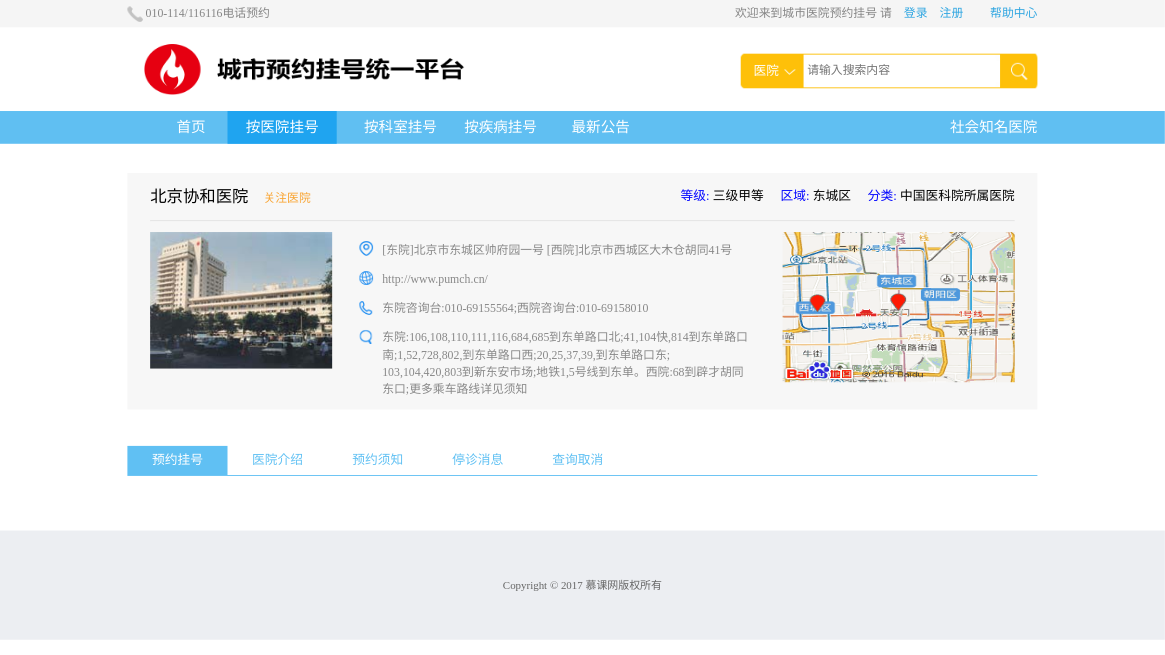
Repository: ScarApocalypse/study
Page: 挂号平台/hospital_detail.html
The author's editor kept a copy of each file at every save. The page is drawn from the files as they stood at one save, then again after the next save.
The browser window is 1280 px wide. The pictures show the whole page, at 91% of full size.

Above is the page before, as saved 2019-02-04 13:33:29.

### 挂号平台/hospital_detail.html
<!DOCTYPE html>
<html lang="en">

<head>
    <meta charset="UTF-8">
    <title>城市预约挂号</title>
    <link rel="stylesheet" href="css/layout.css">
    <link rel="stylesheet" type="text/css" href="css/base.css">
    <link rel="stylesheet" type="text/css" href="css/ui.css">
    <link rel="stylesheet" href="css/hosptial.css">
    <link rel="stylesheet" href="css/hospital_detail.css">
    <script type="text/javascript" src="js/jquery-1.7.1.min.js"></script>
    <script type="text/javascript" src="js/data.js"></script>
    <script src="js/hosptial.js"></script>
</head>

<body>
    <!-- 顶部区域 -->
    <div id="top" class="top">
        <div class="wrap">
            <p class="call">010-114/116116电话预约</p>
            <p class="welcome">欢迎来到城市医院预约挂号&nbsp;请&nbsp;<a href="#">登录</a>
                <a href="#">注册</a>
                &nbsp;&nbsp;&nbsp;&nbsp;
                <a href="#">帮助中心</a>
            </p>

        </div>
    </div>
    <!-- 头部区域 -->
    <div id="header" class="header">
        <div class="wrap">
            <a href="index.html" class="logo">
                <img src="img/logo.png">
            </a>
            <div class="search ui-search">
                <div class="ui-search-selected">医院</div>
                <div class="ui-search-selected-list">
                    <a href="#">科室</a>
                    <a href="#">疾病</a>
                    <a href="#">医院</a>

                </div>
                <input class="ui-search-input" type="text" name="search-content" placeholder="请输入搜索内容">
                <a href="#" class="ui-search-submit"></a>
            </div>
        </div>
    </div>
    <!-- 导航栏区域 -->
    <div id="nav" class="nav">
        <div class="wrap">
            <a href="index.html" class="link">首页</a>
            <a href="hosptial.html" class="link link_focus">按医院挂号</a>
            <a href="#" class="link">按科室挂号</a>
            <a href="#" class="link">按疾病挂号</a>
            <a href="#" class="link">最新公告</a>
            <a href="#" class="link right">社会知名医院</a>
        </div>
    </div>
    <!-- 医院信息 -->
    <div class="hospitalDetail wrap">
        <div class="hospitalDetail-title">
            北京协和医院
            <a href="#" class="focus">关注医院</a>
            <div class="hospitalDetail-title-info">
                <span class="header">等级:</span>
                <span class="text">三级甲等</span>
                <span class="header">区域:</span>
                <span class="text">东城区</span>
                <span class="header">分类:</span>
                <span class="text">中国医科院所属医院</span>
            </div>
        </div>
        <div class="hospitalDetail-content">
            <img src="img/hospital-1.jpg" alt="">
            <img src="img/map-1.png" alt="">
            <div class="address">[东院]北京市东城区帅府园一号 [西院]北京市西城区大木仓胡同41号</div>
            <div class="website">http://www.pumch.cn/</div>
            <div class="phone">东院咨询台:010-69155564;西院咨询台:010-69158010</div>
            <div class="message">东院:106,108,110,111,116,684,685到东单路口北;41,104快,814到东单路口南;1,52,728,802,到东单路口西;20,25,37,39,到东单路口东;<br>103,104,420,803到新东安市场;地铁1,5号线到东单。西院:68到辟才胡同东口;更多乘车路线详见须知</div>
        </div>
    </div>
    <div id="order-content" class="order-content">
            <div class="wrap clearfix">
                <!-- 切换栏 -->
                <div class="order-content-tab">
                    <div class="caption clearfix">
                        <a href="#8" class="item item_focus">预约挂号</a>
                        <a href="#7" class="item">医院介绍</a>
                        <a href="#7" class="item">预约须知</a>
                        <a href="#7" class="item">停诊消息</a>
                        <a href="#7" class="item">查询取消</a>
                    </div>
                    <div class="block">
                        <div class="item">

                        </div>
                        <div class="item" style="display:none;">
                             科室内容
                        </div>

                    </div>
                </div>

            </div>

        </div>
    <!-- 页脚区域 -->
    <div id="footer" class="footer">
        Copyright &copy 2017 慕课网版权所有
    </div>
    <!-- 回到顶部 -->
    <!-- <a class="go-top" href="#"></a> -->
    <script type="text/javascript" src="js/ui.js"></script>
    <script src="js/hospital_detail.js"></script>

</body>

</html>

### 挂号平台/css/layout.css
*{
	margin:0;
	padding:0;
}
.clearfix:after{
	content:' ';
	display: block;
	height:0;
	line-height: 0;
	clear:both;
	zoom:1;
}
.wrap{
	width: 1000px;
	margin:0 auto;
	position: relative;

}
.top{
	height: 30px;
	background-color:#f5f5f5;
}
.header{
	height: 92px;
}
.nav{
	height: 36px;
	background-color:#60bff2;
}
.banner{
	width: 802px;
	margin:0 auto;
	height: 414px;
	padding:9px 0 0 198px;
}
.banner-slider{
	float: left;
	width: 544px;
	height: 414px;
	background-color: #8edff3;
}
.banner-search{
	float:right;
	width:250px;
	height:255px;
	background-color: #eee;
}
.banner-help{
	float: right;
	width: 250px;
	height: 146px;
	background-color: #ccc;
	margin-top:12px;
}
.content{
	padding:10px 0 38px 0;
}
.content-tab{
	float: left;
	width: 742px;
	height: 490px;
	background-color: #eee;
}
.content-close,
.content-news{
	float: right;
	width: 248px;
	height: 236px;
	border:1px solid #ccc;
}
.content-close{
	margin-top:12px;
	border-color:red;
}
.footer{
	height:70px;
	padding:25px;
	background-color: #eceef2;
}

### 挂号平台/css/base.css
p{
	display: inline-block;
}
a{
	text-decoration: none;
}
select,input{
	border:none;
	outline:none;
}
img{
	display: block;
}
/*top样式*/
.top{
	line-height: 30px;
	font-size:13px;
	color:#868686;
}
.top .call{
	float:left;
	padding-left:20px;
	background:url(../img/icon-call.png) no-repeat center left;
}
.top .welcome{
	float: right;
}
.top a{
	color:#2da5e1;
	padding-left:10px;
}
/*header样式*/
.header .logo{
	width: 402px;
	height: 74px;
	padding:9px 0;
	display: inline-block;
}
.header .logo img{
	width: 100%;
	height: 100%;
}
.header .search{
	width: 326px;
	height: 38px;
	position: absolute;
	right:0;
	top:29px;
	background-color: orange;
}
/*nav样式*/
.nav .link{
	display: inline-block;
	float:left;
	padding-left:30px;
	line-height: 36px;
	color:#fff;
	font-size:16px;
	min-width:80px;
	text-align: center;
}
.nav .right{
	float:right;
}
.nav .link_focus{
	color:#fff;
	background-color:#1fa4f0;
	padding:0 20px;
}
.nav a:hover{
	color:#d7f3ff;
}
.nav .menu{
	width: 130px;
	padding-right: 30px;
	background-color: #1fa4f0;
	position: relative;

}
.nav .menu .menu-list{
	position: absolute;
	background-color: #1fa4f0;
	width: 100%;
	height: 423px;
	left: 0;
	top:36px;

}
/*banner内样式*/
.banner-search{
	background-color: #fafafa
}
.banner-help .caption,
.banner-search .caption{
	height: 22px;
	padding:15px 0 15px 0;
	text-align: center;
}
.banner-help .caption .text,
.banner-search .caption .text{
	display: inline-block;
	height: 22px;
	line-height: 22px;
	padding-left:28px;
	color:#fec009;
	font-size:16px;
	background: url(../img/icon-help.png) no-repeat 0 0;
}

.banner-search .form{
	height: 150px;
}
.banner-search .form .line{
	padding-bottom:9px;
	text-align: center;
}
.banner-search .form .line select{
	width: 170px;
	font-size:12px;
	z-index:0;
	border:1px solid #dcdddd;
	height: 26px;
	line-height: 26px;
	padding:2px 0;
	border-radius: 5px;
	color:#666;
}
.banner-search .submit{
	height: 32px;
	text-align: center;
}
.banner-search .submit .button{
	width: 108px;
	height: 32px;
	background-color: #f3cd09;
	font-size: 14px;
	color:#fff;
	border-radius: 3px;
	cursor: pointer;
}
.banner-help{
	background-color: #fafafa;
}
.banner-help .caption .text{
	color:#00b3ea;
	background-position: 0 -23px;
}
.banner-help .link{
	color:#00b3ea;
	display: inline-block;
	width: 86px;
	height: 26px;
	line-height: 26px;
	font-size:14px;
	text-align: center;
	padding:0 0 8px 26px;
}
/*content样式*/

/*content新闻和停诊样式*/
.content-close,
.content-news{
	background-color:#fff;
	border:1px solid #f4f6fa;
}
.content-close .caption,
.content-news .caption{
	height:38px;
	line-height: 38px;
	background-color: #f4f6fa;
	text-indent:20px;
	color:#fec009;
	font-size:15px;
}
.content-close .more,
.content-news .more{
	float: right;
	padding-right: 22px;
	font-size:12px;
	color:#868686;
}
.content-close .list,
.content-news .list{
	padding: 15px 20px 13px 35px;
	line-height: 29px;
	font-size:12px;
	background: url(../img/list-yellow.jpg) 15px 22px no-repeat;
}
.content-close .list .link,
.content-news .list .link{
	display: block;
	color:#969696;
}

.content-close .caption{
	color:#4ab4ed;
}
.content-close .list{
	background: url(../img/list-blue.jpg) 15px 22px no-repeat;

}
/*tab样式*/
.content-tab{
	background: none;
}
.content-tab .caption{
	height: 34px;
	line-height: 34px;
	background-color: #f5f6fa;
}
.content-tab .caption .item{
	display: block;
	width: 112px;
	height: 34px;
	text-align: center;
	float: left;
	color:#00b3ea;
}
.content-tab .caption .item_focus{
	background-color: #60bff2;
	color:#fff;
}
.content .block{
	border:1px solid #f4f6fa;
	height: 452px;
}
.content-tab .block-caption{
	height: 26px;
	line-height: 26px;
	padding:8px;
	border-bottom:1px solid #f4f6fa;
}
.content-tab .block-caption-item{
	display: inline-block;
	padding:0 10px 0 10px;
	font-size:12px;
	color:#4c4948;
}
.content-tab .block-caption-item_focus{
	background-color: #60bff2;
	color:#fff;
}
.content-tab .block-content{
	padding:16px 12px;
}
.content-tab .block-content .block-list .item{
	float: left;
	width:216px;
	height: 102px;
	padding:0 20px 10px 120px;
	position: relative;
	font-size:12px;
}
.content-tab .block-content .block-list .item img{
	width: 110px;
	height: 98px;
	position: absolute;
	left:0;
	top:0;
}
.content-tab .block-content .block-list .item-name{
	color:#036eb7;
	font-size:14px;
	line-height: 21px;
	padding-top:13px;
}
.content-tab .block-content .block-list .item-level{
	float: right;
	font-size:12px;
	color:#979797;
}
.content-tab .block-content .block-list .item-phone,
.content-tab .block-content .block-list .item-address{
	/*font-size:12px;*/
	line-height: 18px;
	padding-bottom:4px;
	color:#666;
}
/*tab文案列表样式*/
.content-tab .block-content .block-text-list{

}
.content-tab .block-content .block-text-list .item{
	width: 351px;
	height: 27px;
	display: block;
	font-size:14px;
	color:#666;
	padding-top:8px;
	float: left;
	border-bottom:1px dashed #dcdddd;

}
.content-tab .block-content .block-text-list .item:nth-child(2n){
	margin-left:13px;
}
.content-tab .block-content .block-text-list .item .level{
	float: right;
	padding-right:10px;
}
.content-tab .block-content .block-more{
	display: block;
	line-height: 55px;
	text-align: center;
	color:#5084c4;
	font-size:14px;
}
/*页脚样式*/
.footer{
	line-height: 70px;
	text-align: center;
	font-size:12px;
	color:#666;
}
.go-top{
	display: block;
	position: fixed;
	width: 40px;
	height: 40px;
	right:2px;
	bottom:2px;
	z-index:99;
	color:#fff;
	background: rgb(102,102,102) url(../img/icon-go-up.png) center no-repeat;
	/*background: red;*/
}
.go-top:hover{
	background: rgb(102,102,102);
}
.go-top:hover:after{
	content:'回到顶部';
	display: block;
	line-height: 20px;
	text-align: center;
}

### 挂号平台/css/ui.css
/*ui-search搜索*/
.ui-search {
	background: url(../img/ui-search.jpg);
	font-size: 14px;
	color: #fff;
	position: relative;
}

.ui-search-selected {
	width: 70px;
	height: 38px;
	line-height: 38px;
	position: absolute;
	left: 0;
	top: 0;
	text-indent: 14px;
}

.ui-search-selected-list {
	display: none;
	position: absolute;
	width: 67px;
	line-height: 24px;
	background-color: #fff;
	box-shadow: 3px 3px 5px rgba(0, 0, 0, .2);
	left: 2px;
	top: 36px;
	z-index: 2;
}

.ui-search-selected-list a {
	display: block;
	text-align: center;
	color: #a5a2a2;
}

.ui-search-selected-list a:hover {
	background-color: #ebeef5;
}

.ui-search-input {
	width: 208px;
	height: 26px;
	position: absolute;
	top: 5px;
	left: 73px;
	line-height: 26px;
	font-size: 13px;
	color: #a5a2a2;
}

.ui-search-submit {
	display: block;
	position: absolute;
	right: 0;
	top: 1px;
	width: 40px;
	height: 36px;
}

/* ui-menu分类菜单 */
.ui-menu{}
.ui-menu-item{
	height: 22px;
	line-height: 22px;
	padding:8px 5px 9px 6px;
	/* margin-left:2px; */
	/* position: relative; */
}
.ui-menu-item:hover{
	background: #fff;
}
.ui-menu-item-department{
	float: left;
	height: 22px;
	line-height: 22px;
	position: relative;
	padding-left:30px;
	font-size:14px;
	color:#fff;
}
.ui-menu-item-department:before{
	content:'';
	display:block;
	width: 22px;
	height: 21px;
	position: absolute;
	left:0;
	top:1px;
	background:url('../img/icon-menu.jpg') -22px 0 no-repeat;
}
.ui-menu-item:nth-child(2) .ui-menu-item-department:before{
	background-position-y:-22px;
}
.ui-menu-item:nth-child(3) .ui-menu-item-department:before{
	background-position-y:-66px;
}
.ui-menu-item-disease{
	font-size: 12px;
	float:right;
	padding-left:5px;
	color:#d7f3ff
}
.ui-menu-item:hover .ui-menu-item-department:before{
	background-position-x: 0;
}
.ui-menu-item:hover .ui-menu-item-department{
	color:#333;
}
.ui-menu-item:hover .ui-menu-item-disease{
	color:#868686;
}
.ui-menu-item:hover .ui-menu-item-detail{
	display: block;
}
.ui-menu-item-detail{
	display:none;
	position: absolute;
	width: 500px;
	height: 393px;
	padding:20px 10px 10px 29px;
	background:#fff url(../img/bg-menu.jpg) center no-repeat;
	top:0;
	left:190px;
	box-shadow:5px 5px 2px rgba(0,0,0,.1);
	z-index:9;

}
.ui-menu-item-detail-group{
	padding-bottom:20px;
	text-align: left;


}
.ui-menu-item-detail-group-caption{
	width: 100%;
	display:block;
	color:#666;
	font-size:16px;
	font-weight:bold;
	line-height: 34px;
	height: 34px;
}
.ui-menu-item-detail-group-list{
	line-height: 23px;
}
.ui-menu-item-detail-group-list a{
	display: inline-block;
	color:#868686;
	margin-right:8px;
	font-size:12px;
	padding-bottom:5px;
}
.ui-menu-item-detail-group-list a:after{
	content:'|';
	color:#eee;
	padding-left:8px;
}
/* ui-slider组件 */
.ui-slider{
	width: 544px;
	height: 414px;
	position: relative;
	overflow: hidden;
}
.ui-slider-wrap{
	width: 99999px;
	height: 414px;
	position: absolute;
	left:0;
	right:0;
	transition:all .5s;
}
.ui-slider-wrap .item{
	display: block;
	float:left;
	width: 544px;
	height: 414px;
}
.ui-slider-arrow{
	width: 544px;
	height: 40px;
	position: absolute;
	/* background: #000;	 */
	top:50%;
	transform: translateY(-50%);
}
.ui-slider-arrow .item{
	display: block;
	width: 40px;
	height: 40px;
	position: absolute;
	top:0;
	background: url(../img/ui-slider-arrow.png) no-repeat;
}
.ui-slider-arrow .left{
	left:0;
}
.ui-slider-arrow .right{
	right:0;
	background-position: -40px 0;
}
.ui-slider-process{
	width: 544px;
	height: 12px;
	text-align: center;
	position: absolute;
	left:0;
	bottom:20px;
}
.ui-slider-process .item{
	display: inline-block;
	width: 16px;
	height: 16px;
	background:url(../img/ui-slider-process.png) no-repeat;

}
.ui-slider-process .item_focus,
.ui-slider-process .item:hover{
	background-position: -23px 0;
}
/* 回到顶部 */
.ui-backTop{
	display: none;
	position: fixed;
	right:2px;
	bottom: 2px;
	z-index: 9;
	width: 40px;
	height: 40px;
	color: #fff;
	background:rgba(102,102,102,.9) url(../img/icon-go-up.png) center no-repeat;
}
.ui-backTop:hover{
	background: rgba(102,102,102,.9);
}
.ui-backTop:hover:after{
	content:'回到顶部';
	display: block;
	line-height: 20px;
	text-align: center;
}

### 挂号平台/css/hosptial.css
/* 筛选区域 */
.filter{
    min-height: 100px;
    background-color: #fbfbfb;
    margin:20px auto;
}
.filter .group{
    padding:15px 60px 15px 180px;
    color:#4c4948;
    font-size:12px;
    line-height: 18px;
    min-height:30px;
    position: relative;
}
.filter .group .caption{
    position: absolute;
    left: 30px;
    top: 21px;
    width: 150px;
}
.filter .group .condition{
   color:#4c4948;
   display: inline-block;
   position: relative;
   margin:6px 24px 6px 0px;
   padding:0 5px;
}
.filter .group .caption .condition{
    position: absolute;
    right:0;
    top: -6px;
}
.filter .group .caption .condition::before,
.filter .group .condition::after{
    content:'';
    display: block;
    width: 1px;
    height: 18px;
    background: #dcdddd;
    position: absolute;
    top:0;
    right:-12px;
}
.filter .group .caption .condition::before{
    left:-12px;
}
.filter .group .condition_focus,
.filter .group .condition:hover{
    color:#fff;
    background-color:#60bff2;
}
/* 医院列表 */
.datalist .item{
    height: 130px;
    padding:23px 0 23px 224px;
    border:1px solid #f4f6fa;
    border-bottom:none;
    position: relative;
}
.datalist .item .cover{
    width: 180px;
    height: 130px;
    position: absolute;
    overflow: hidden;
    left: 15px;
    top: 23px;
}
.datalist .item:hover{
    background-color:#f5fcff;
}
.data .item .cover img{
    width: 100%;
    height: 100%;
}
.datalist .item .name{
    padding:13px 0;
    color:#000;
    font-size:15px;
}
.datalist .item .name .level{
    padding:0 2px 0 14px;
    color:#f7b52c;
    font-size: 12px;
}
.datalist .item .address,
.datalist .item .phone,
.datalist .item .time{
    margin-bottom:8px;
    font-size: 13px;
    color:#888;
    line-height: 17px;
    padding-left:22px;
    background: url(../img/icon-tel.png) no-repeat;
    background-position: 1px -36px;
}
.datalist .item .phone{
    background-position: 1px 0;
}
.datalist .item .address{
    background-position: 1px -17px;
}
.datalist .item .button{
    position: absolute;
    width: 105px;
    height: 37px;
    right: 70px;
    top:76px;
    display: block;
    background:url(../img/button-now.png) no-repeat  center left;
}
.datalist .item .button:hover{
    background-position: center right;
}
/* 分页区域 */
.pagination{
    height: 45px;
    line-height: 25px;
    border:1px solid #f4f6fa;
    text-align: center;
    color:#666;
    font-size:15px;
    margin-bottom:200px;
    padding:10px 0;
    box-sizing: border-box;
}
.pagination .item{
    margin-left:14px;
    color:#666;
    display: inline-block;
}
.pagination .item_icon:hover{
    background-color: #00b3ec;
}
.pagination .item_icon{
    background:url(../img/icon-pagination-arrow.png) no-repeat;
}
.pagination .item_prev{
    background-position: 6px -15px;
}
.pagination .item_prev:hover{
    background-position: -20px -15px;
}
.pagination .item_next{
    background-position: 8px 4px;
}
.pagination .item_next:hover{
    background-position: -18px 4px;
}
.pagination .input_page,
.pagination .item_page,
.pagination .item_icon{
    display: inline-block;
    width: 23px;
    height: 23px;
    line-height: 23px;
    border:solid 1px #dcdddd;
    border-radius:3px;
}
.pagination .item_page_focus{
    background:#00b3ec;
    color:#fff
}
.pagination .input_page{
    width: 45px;
    text-align: center;
}
.pagination .input_submit{
    width: 34px;
    height: 25px;
    display: inline-block;
    margin-left:10px;
    background:url(../img/icon-pagination-go.png);
    vertical-align:middle;
    cursor: pointer;
}

### 挂号平台/css/hospital_detail.css
.hospitalDetail{
    height: 260px;
    background:#f7f7f7;
    margin-top:32px;
    /* padding-left:250px */
    padding:0 25px;
    position: relative;
    box-sizing:border-box;
}
.hospitalDetail .hospitalDetail-title{
    font-size:18px;
    height: 52px;
    line-height: 52px;
    border-bottom:1px solid #e2e2e2;
}
.hospitalDetail .hospitalDetail-title .focus{
    color:#f9a533;
    font-size:13px;
    margin-left:12px;
}
.hospitalDetail .hospitalDetail-title .hospitalDetail-title-info{
    float:right;
    font-size:14px;
}
.hospitalDetail .hospitalDetail-title .hospitalDetail-title-info .header{
    color:#0205ff;
    margin-left:15px;
}
.hospitalDetail-content{
    padding:22px 290px 0 230px;
    position: relative;
}
.hospitalDetail-content img{
    position: absolute;
    left:0;
    top:12px;
    width: 200px;
    height: 150px;
}
.hospitalDetail-content img:nth-child(2){
    width: 255px;
    height: 165px;
    left:auto;
    right:0;
}
.hospitalDetail .hospitalDetail-content .website,
.hospitalDetail .hospitalDetail-content .phone,
.hospitalDetail .hospitalDetail-content .message,
.hospitalDetail .hospitalDetail-content .address{
    background: url(../img/icon-web.png) 0 0 no-repeat;

    padding-left:25px;
    font-size:13px;
    line-height: 19px;
    height:17px;
    margin-bottom:15px;
    color:#888;
}
.hospitalDetail .hospitalDetail-content .website{
    background-position:0 -21px;
}
.hospitalDetail .hospitalDetail-content .phone{
    background-position: 0 -42px;
}
.hospitalDetail .hospitalDetail-content .message{
    background-position: 0 -63px;
}
/* 内容切换栏区域 */
.order-content{
    margin:40px 0;
    padding:0;

}
.order-content-tab{
    /* width: 1000px; */
    width: 100%;
}
.order-content-tab .caption{
    border-bottom:1px solid #60c0f3;
    margin-bottom:20px;
}
.order-content-tab .caption .item{
    display: inline-block;
    width: 110px;
    height: 32px;
    color:#60c0f3;
    font-size:14px;
    line-height: 32px;
    text-align: center;
    float: left;
}
.order-content-tab .caption .item:hover,
.order-content-tab .caption .item_focus{
    background: #60c0f3;
    color:#fff;
}
.order-content-tab .block .item{
    /* height: 400px;
    border:1px solid #ccc; */
}
.order-content-tab .block .item .registration{
    height: 410px;
    background: skyblue;
}

### 挂号平台/js/hospital_detail.js
$(function(){
    $('.order-content-tab').UiTab('.caption > .item','.block > .item');
});

Loaded but not shown: 挂号平台/js/jquery-1.7.1.min.js (library); 挂号平台/js/hosptial.js (145 lines, source omitted); 挂号平台/js/data.js (172 lines, source omitted); 挂号平台/js/ui.js (164 lines, source omitted)

After the next save:
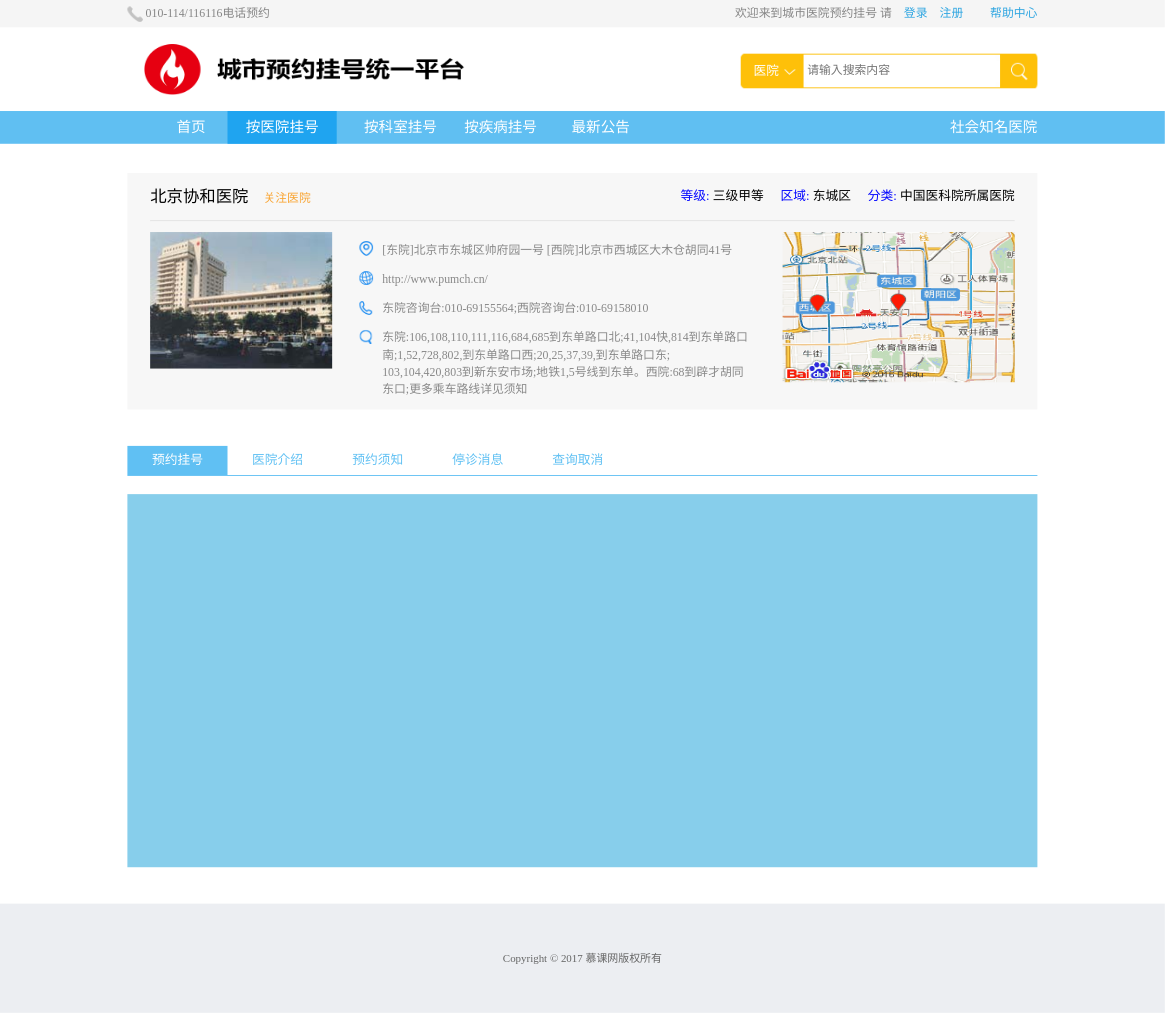
Saved 27 s later.
--- a/挂号平台/hospital_detail.html
+++ b/挂号平台/hospital_detail.html
@@ -93,7 +93,7 @@
                     </div>
                     <div class="block">
                         <div class="item">
-
+                            <div class="registration"></div>
                         </div>
                         <div class="item" style="display:none;">
                              科室内容

After the 2 saves that followed:
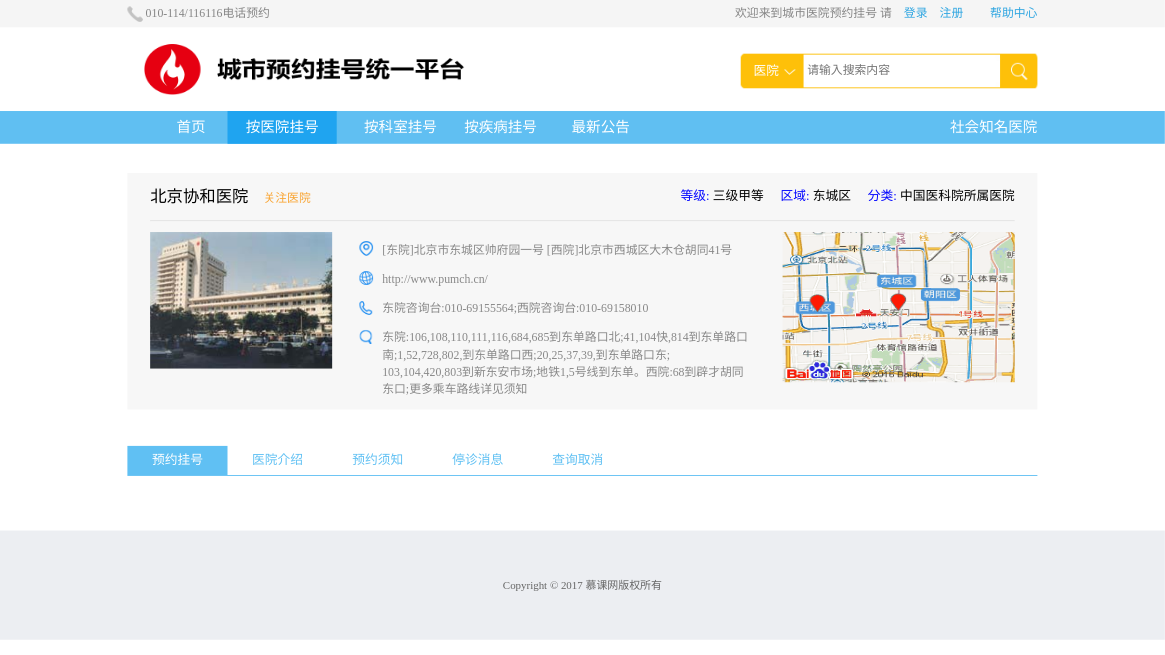
The 2 saves are shown as one change because 1 left the picture as it was.
The last was saved 98 s later.
--- a/挂号平台/css/hospital_detail.css
+++ b/挂号平台/css/hospital_detail.css
@@ -99,6 +99,10 @@
     border:1px solid #ccc; */
 }
 .order-content-tab .block .item .registration{
+
+}
+.order-content-tab .block .item .registration .department{
+    width: 705px;
     height: 410px;
-    background: skyblue;
+    background:skyblue;
 }
